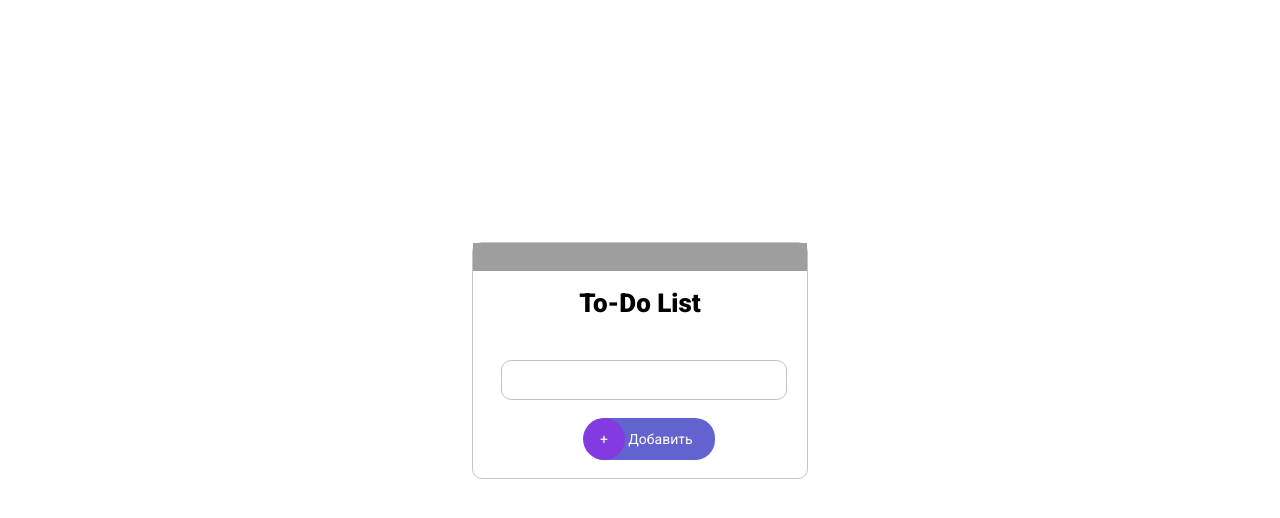
Repository: NatiqSamiyev/To-do-List-js
Page: insex.html
An editor plug-in stored every save of this project. The page is shown before and after the next save, followed by the edit.
The browser window is 1280 px wide. The pictures show the whole page.
Pictures or frames that could not be fetched are drawn as grey boxes. Some web fonts or font styles are not loaded; a fallback is used.

Above is the page before, as saved 2023-10-31 11:41:30.

After the next save:
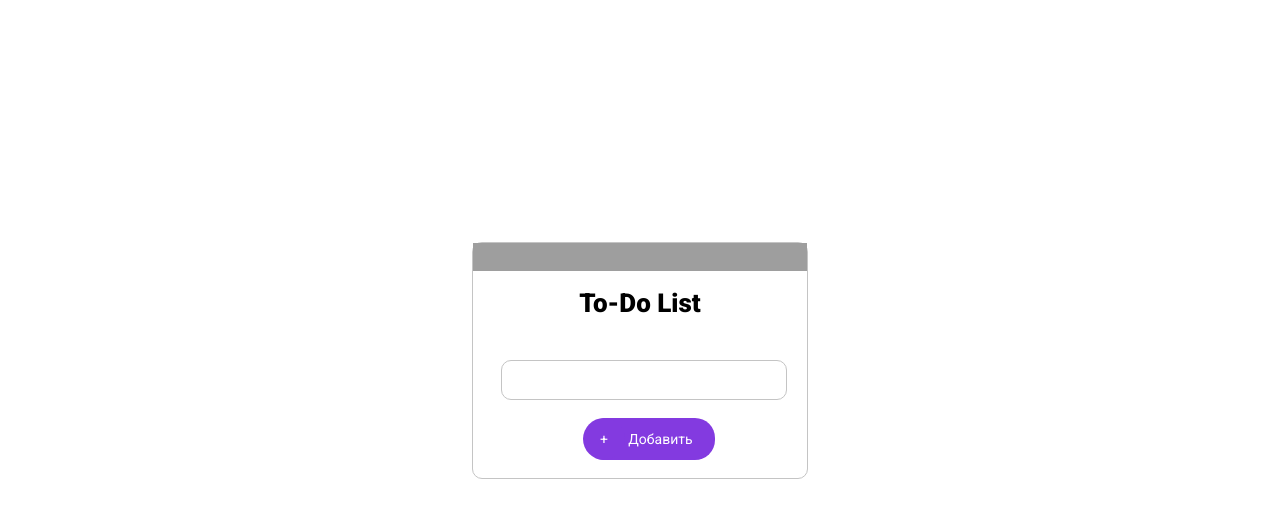
Saved 20 s later.
--- a/index.css
+++ b/index.css
@@ -66,7 +66,7 @@ input {
   width: 129px;
   height: 42px;
   border: none;
-  background-color: rgb(99, 99, 207);
+  background-color: #833AE0;
   border-radius: 20px;
   cursor: pointer;
 }
